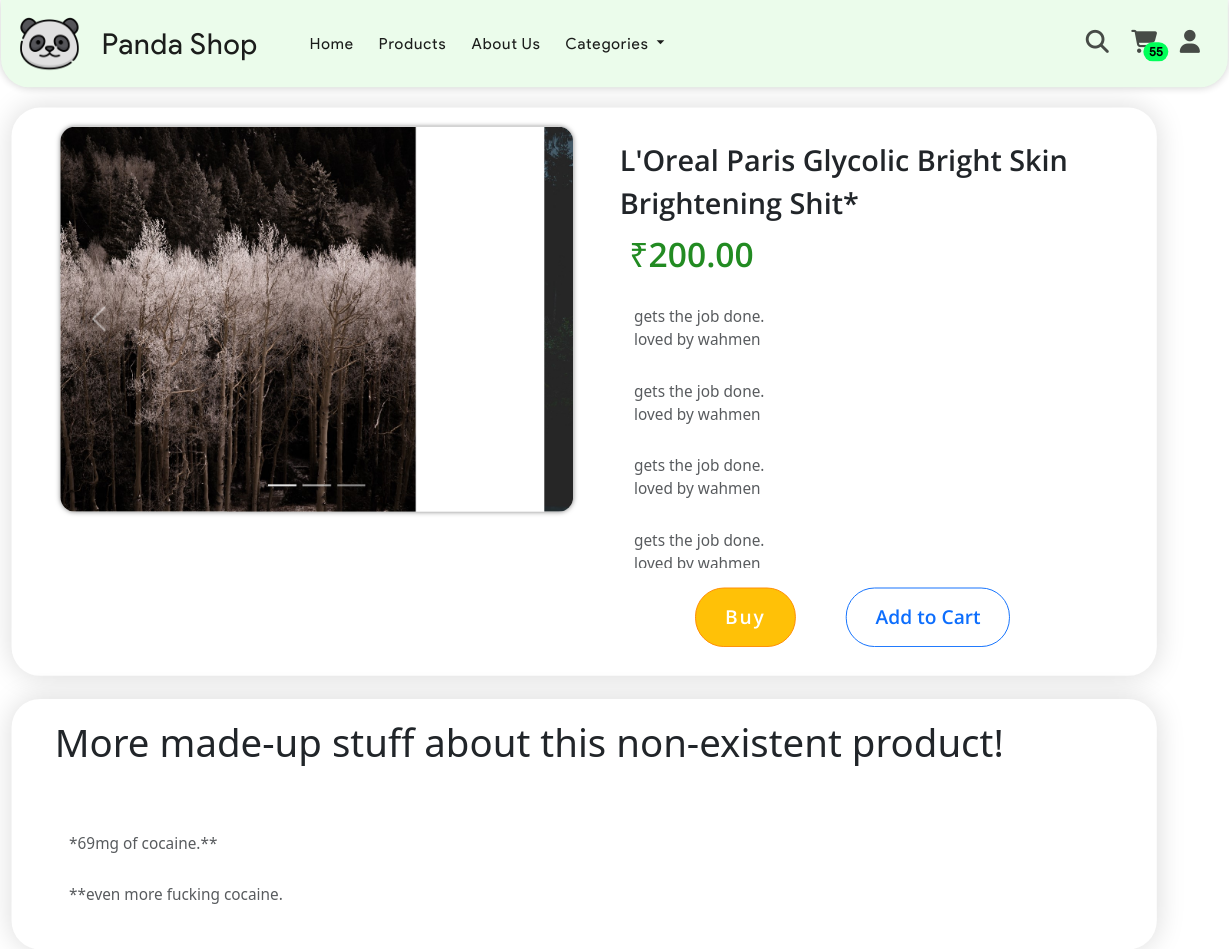
Repository: Anindyait/Panda-web-project
Page: http://localhost/Project1/product.html
An editor plug-in stored every save of this project. The page is shown before and after the next save, followed by the edit.
The browser window is 1280 px wide. The pictures show the whole page, at 96% of full size.
Some web fonts or font styles are not loaded; a fallback is used. Some web libraries are served in a nearby version. The page is served by Tomcat 9.

Above is the page before, as saved 2022-11-26 16:50:45.

After the next save:
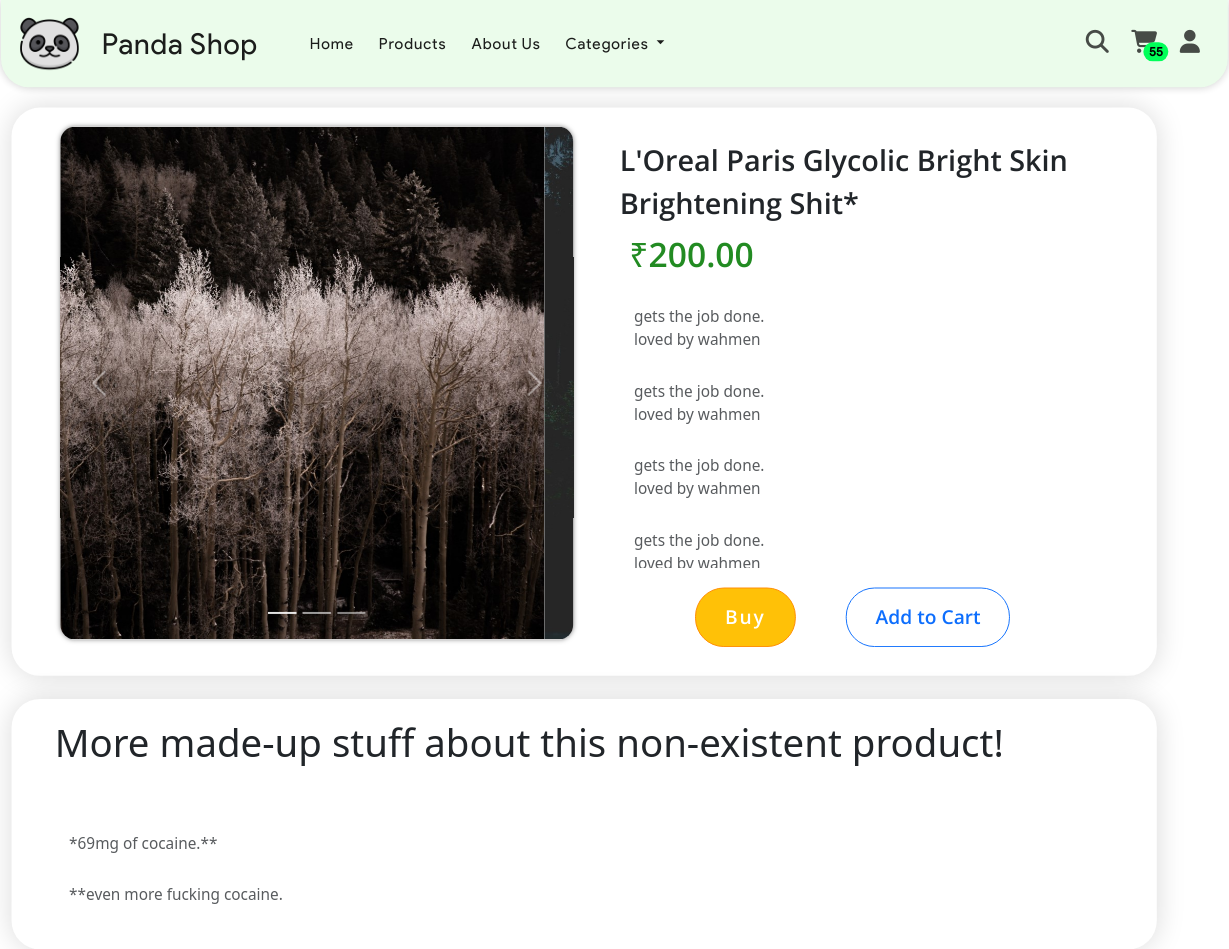
Saved 9 s later.
--- a/Project1/src/main/webapp/product.html
+++ b/Project1/src/main/webapp/product.html
@@ -45,13 +45,13 @@
                             </div>
                             <div class="carousel-inner round">
                                 <div class="carousel-item active">
-                                    <img src="Pics/scene1.jpg" class="d-block w-75" alt="...">
+                                    <img src="Pics/scene1.jpg" class="d-block w-100" alt="...">
                                 </div>
                                 <div class="carousel-item">
-                                    <img src="Pics/scene2.jpg" class="d-block w-75" alt="...">
+                                    <img src="Pics/scene2.jpg" class="d-block w-100" alt="...">
                                 </div>
                                 <div class="carousel-item">
-                                    <img src="Pics/scene3.jpg" class="d-block w-75" alt="...">
+                                    <img src="Pics/scene3.jpg" class="d-block w-100" alt="...">
                                 </div>
                             </div>
 
